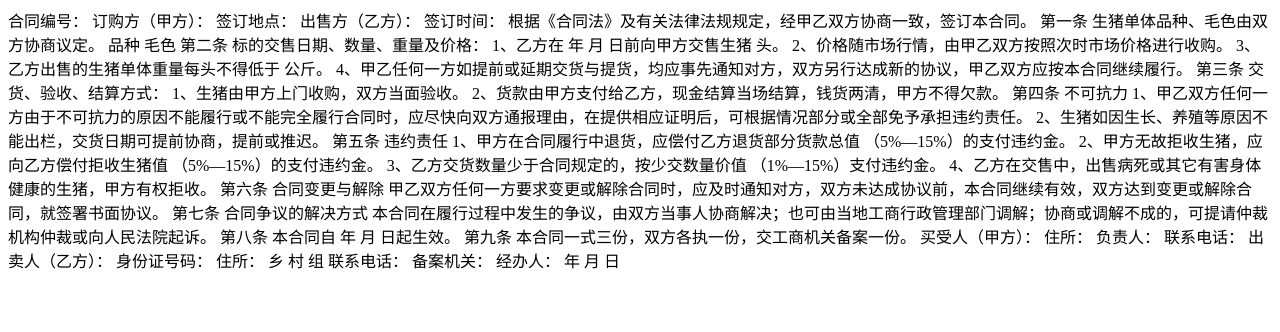
Repository: xnmll/jsp-mysql-mini-system
Page: finally/Member/WebRoot/zhuzhi_contract.html
The author's editor kept a copy of each file at every save. The page is drawn from the files as they stood at one save, then again after the next save.
The browser window is 1280 px wide. The pictures show the whole page.

Above is the page before, as saved 2018-05-03 04:35:34.

### finally/Member/WebRoot/zhuzhi_contract.html
<!DOCTYPE html>
<html lang="zh-cn">
<head>
<meta charset="UTF-8">
<title>渭南石羊企业生猪养殖信息系统</title>
<script src="eui/jquery.min.js"></script>
<script src="eui/jquery.easyui.min.js"></script>
<script src="eui/easyui-lang-zh_CN.js"></script>
<link rel="stylesheet" href="eui/themes/icon.css">
<link rel="stylesheet" href="eui/themes/default/easyui.css">
<style type="text/css">
#fm {
	margin: 0;
	padding: 10px 30px;
}

.ftitle {
	font-size: 14px;
	font-weight: bold;
	padding: 5px 0;
	margin-bottom: 10px;
	border-bottom: 1px solid #ccc;
}

.fitem {
	margin-bottom: 5px;
}

.fitem label {
	display: inline-block;
	width: 80px;
}

.fitem input {
	width: 160px;
}
</style>
</head>
<body>
	合同编号：

订购方（甲方）： 签订地点：

出售方（乙方）： 签订时间：

根据《合同法》及有关法律法规规定，经甲乙双方协商一致，签订本合同。

第一条 生猪单体品种、毛色由双方协商议定。

品种

毛色

第二条 标的交售日期、数量、重量及价格：

1、乙方在 年 月 日前向甲方交售生猪 头。

2、价格随市场行情，由甲乙双方按照次时市场价格进行收购。

3、乙方出售的生猪单体重量每头不得低于 公斤。

4、甲乙任何一方如提前或延期交货与提货，均应事先通知对方，双方另行达成新的协议，甲乙双方应按本合同继续履行。

第三条 交货、验收、结算方式：

1、生猪由甲方上门收购，双方当面验收。

2、货款由甲方支付给乙方，现金结算当场结算，钱货两清，甲方不得欠款。

第四条 不可抗力

1、甲乙双方任何一方由于不可抗力的原因不能履行或不能完全履行合同时，应尽快向双方通报理由，在提供相应证明后，可根据情况部分或全部免予承担违约责任。

2、生猪如因生长、养殖等原因不能出栏，交货日期可提前协商，提前或推迟。

第五条 违约责任

1、甲方在合同履行中退货，应偿付乙方退货部分货款总值 （5%—15%）的支付违约金。

2、甲方无故拒收生猪，应向乙方偿付拒收生猪值 （5%—15%）的支付违约金。

3、乙方交货数量少于合同规定的，按少交数量价值 （1%—15%）支付违约金。

4、乙方在交售中，出售病死或其它有害身体健康的生猪，甲方有权拒收。

第六条 合同变更与解除

甲乙双方任何一方要求变更或解除合同时，应及时通知对方，双方未达成协议前，本合同继续有效，双方达到变更或解除合同，就签署书面协议。

第七条 合同争议的解决方式

本合同在履行过程中发生的争议，由双方当事人协商解决；也可由当地工商行政管理部门调解；协商或调解不成的，可提请仲裁机构仲裁或向人民法院起诉。

第八条 本合同自 年 月 日起生效。

第九条 本合同一式三份，双方各执一份，交工商机关备案一份。

买受人（甲方）：

住所：

负责人：

联系电话：

出卖人（乙方）：

身份证号码：

住所： 乡 村

组

联系电话：

备案机关：

经办人：

年 月 日
</body>
</html>

### finally/Member/WebRoot/eui/themes/icon.css
.icon-blank{
	background:url('icons/blank.gif') no-repeat center center;
}
.icon-add{
	background:url('icons/edit_add.png') no-repeat center center;
}
.icon-edit{
	background:url('icons/pencil.png') no-repeat center center;
}
.icon-clear{
	background:url('icons/clear.png') no-repeat center center;
}
.icon-remove{
	background:url('icons/edit_remove.png') no-repeat center center;
}
.icon-save{
	background:url('icons/filesave.png') no-repeat center center;
}
.icon-cut{
	background:url('icons/cut.png') no-repeat center center;
}
.icon-ok{
	background:url('icons/ok.png') no-repeat center center;
}
.icon-no{
	background:url('icons/no.png') no-repeat center center;
}
.icon-cancel{
	background:url('icons/cancel.png') no-repeat center center;
}
.icon-reload{
	background:url('icons/reload.png') no-repeat center center;
}
.icon-search{
	background:url('icons/search.png') no-repeat center center;
}
.icon-print{
	background:url('icons/print.png') no-repeat center center;
}
.icon-help{
	background:url('icons/help.png') no-repeat center center;
}
.icon-undo{
	background:url('icons/undo.png') no-repeat center center;
}
.icon-redo{
	background:url('icons/redo.png') no-repeat center center;
}
.icon-back{
	background:url('icons/back.png') no-repeat center center;
}
.icon-sum{
	background:url('icons/sum.png') no-repeat center center;
}
.icon-tip{
	background:url('icons/tip.png') no-repeat center center;
}
.icon-filter{
	background:url('icons/filter.png') no-repeat center center;
}
.icon-man{
	background:url('icons/man.png') no-repeat center center;
}
.icon-lock{
	background:url('icons/lock.png') no-repeat center center;
}
.icon-more{
	background:url('icons/more.png') no-repeat center center;
}


.icon-mini-add{
	background:url('icons/mini_add.png') no-repeat center center;
}
.icon-mini-edit{
	background:url('icons/mini_edit.png') no-repeat center center;
}
.icon-mini-refresh{
	background:url('icons/mini_refresh.png') no-repeat center center;
}

.icon-large-picture{
	background:url('icons/large_picture.png') no-repeat center center;
}
.icon-large-clipart{
	background:url('icons/large_clipart.png') no-repeat center center;
}
.icon-large-shapes{
	background:url('icons/large_shapes.png') no-repeat center center;
}
.icon-large-smartart{
	background:url('icons/large_smartart.png') no-repeat center center;
}
.icon-large-chart{
	background:url('icons/large_chart.png') no-repeat center center;
}

Loaded but not shown: finally/Member/WebRoot/eui/jquery.min.js (library); finally/Member/WebRoot/eui/jquery.easyui.min.js (library); finally/Member/WebRoot/eui/easyui-lang-zh_CN.js (70 lines, source omitted); finally/Member/WebRoot/eui/themes/default/easyui.css (2869 lines, source omitted)

After the next save:
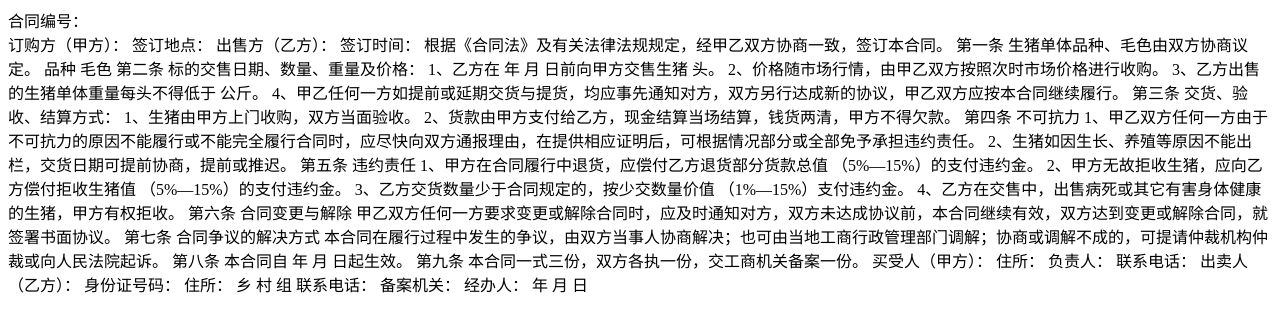
Saved 14 s later.
--- a/finally/Member/WebRoot/zhuzhi_contract.html
+++ b/finally/Member/WebRoot/zhuzhi_contract.html
@@ -37,7 +37,7 @@
 </style>
 </head>
 <body>
-	合同编号：
+	合同编号：<br>
 
 订购方（甲方）： 签订地点：
 
